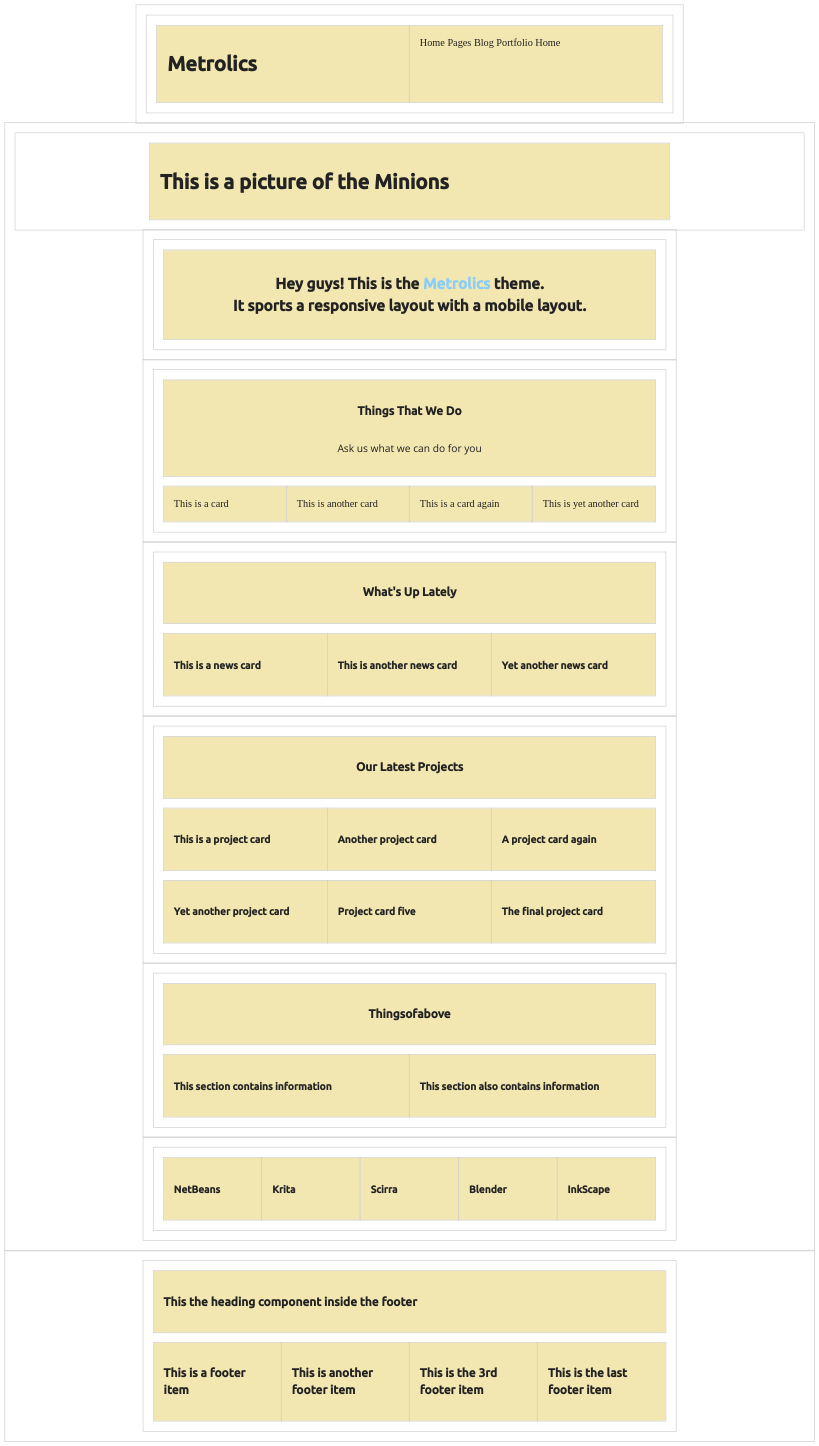
Repository: kennyharman/Marlowe_Kenny_Lab_02B
Page: index.html
These files come from the project's save history. The page is drawn as it stood at one moment and after the next save; the edit follows.
The browser window is 1280 px wide. The pictures show the whole page, at 64% of full size.

Above is the page before, as saved 2024-02-05 12:29:10.

After the next save:
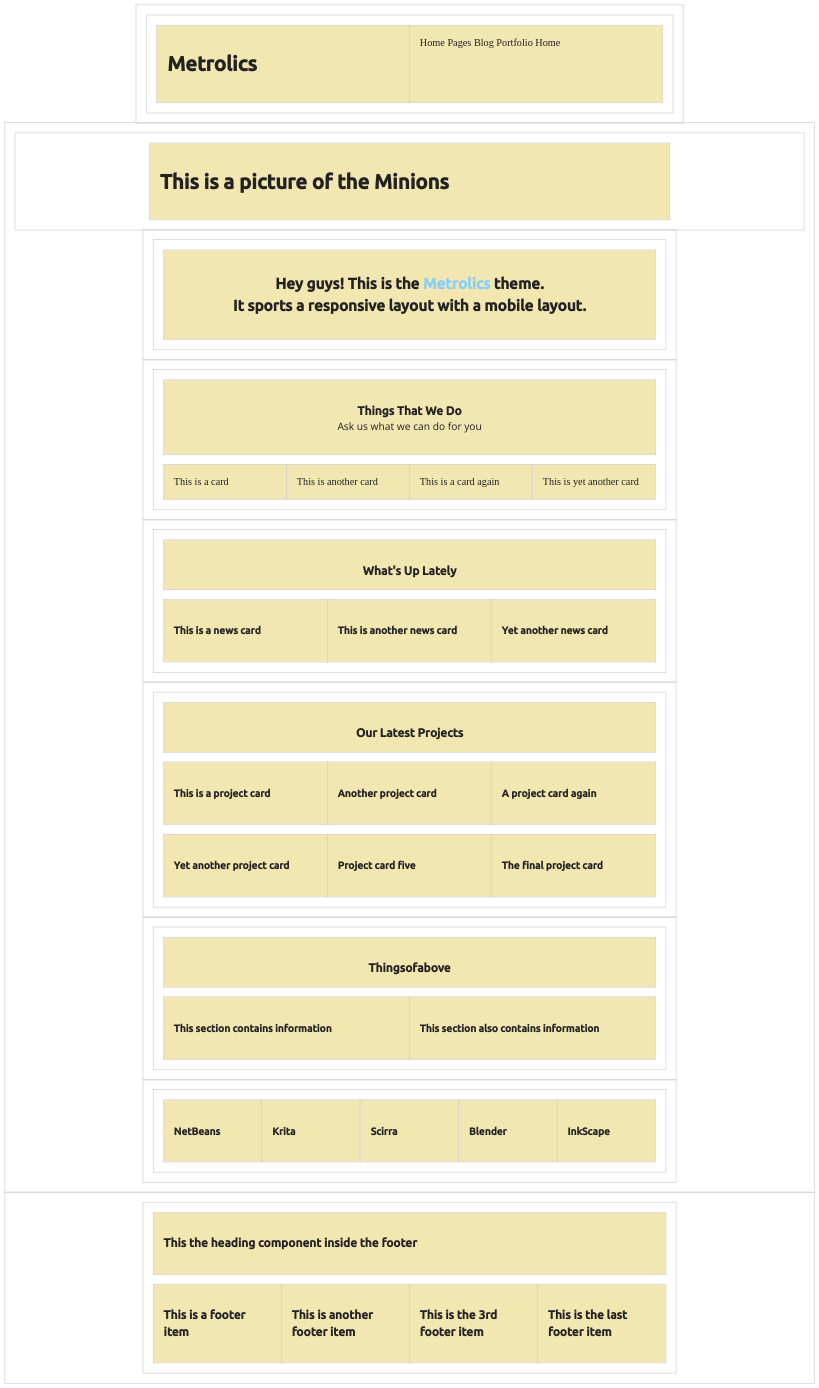
Saved 81 s later.
--- a/css/style.css
+++ b/css/style.css
@@ -299,6 +299,14 @@ p {
   padding: 0 auto;
 }
 
+.heading > h3 {
+  margin-bottom: 0;
+}
+
+.heading > p {
+  margin-top: 0;
+}
+
 .header-text {
   text-align: center;
 }
